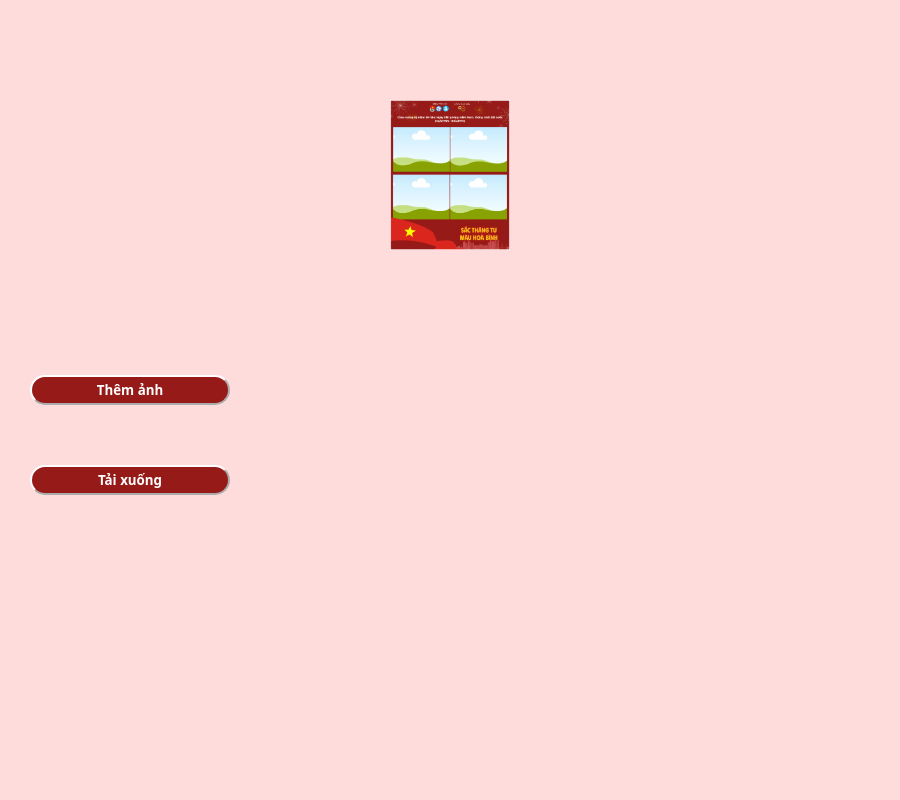
Repository: nguyentambinh/tuoitretdmu
Page: http://localhost/
The author's editor kept a copy of each file at every save. The page is drawn from the files as they stood at one save, then again after the next save.
The browser window is 600 px wide. The page is 900 px wide, then 600 px, so the pictures cover 900 px, including what lies to the right of the window. The pictures show the whole page.
The page is run by PHP 8.4 with error messages shown; the project is at /var/www/html/.

Above is the page before, as saved 2025-04-10 13:15:01.

After the next save:
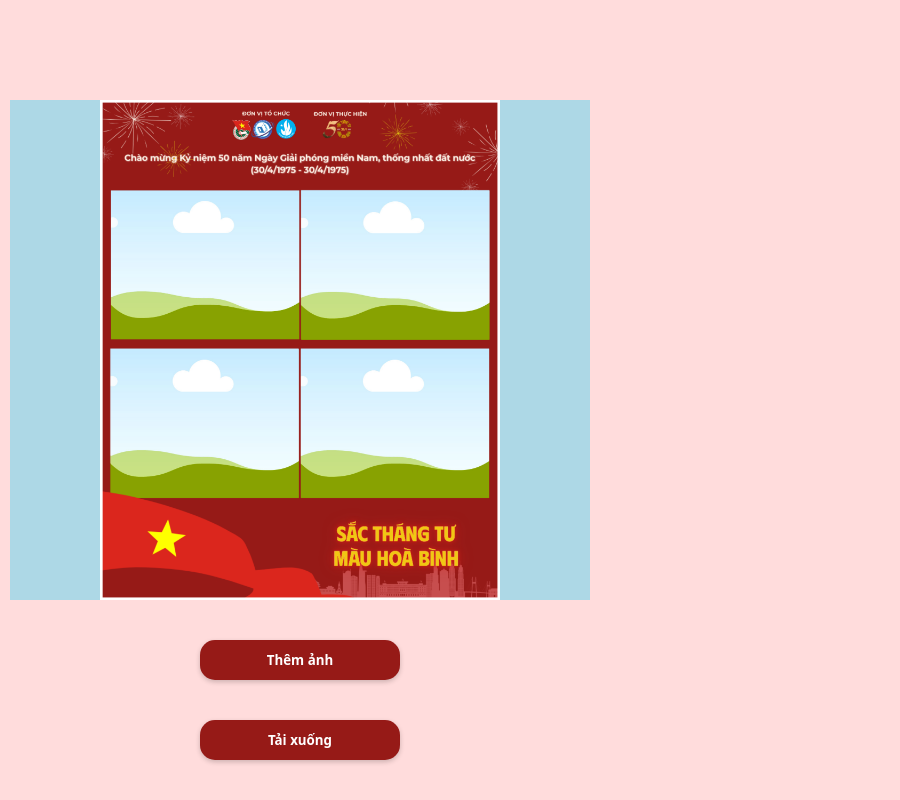
Saved 70 s later.
--- a/main.css
+++ b/main.css
@@ -1,59 +1,63 @@
-body{
+body {
     background-color: #ffdcdc;
-    width: 900px;
-    margin: 0 auto;
-    margin-top: 100px;
-    align-items: center;
+    margin: 0;
+    padding: 0;
     display: flex;
     justify-content: center;
+    margin-top: 100px;
 }
 
-.background-box{
-    display: flex;
-    justify-content: center;
-    background-position: center;
-    background-image: url('./picture/FRAMEPHOTOBOOTH304.png');
-    background-size: contain;
-    background-repeat: no-repeat;
-}
 .container-box {
     display: grid;
     grid-template-columns: 1fr 1fr;
     gap: 20px;
-    width: 800px;
-    height: 500px;
+    width: 900px;
+    max-width: 100%;
 }
-
 
 @media screen and (max-width: 720px) {
     .container-box {
         grid-template-columns: 1fr;
         grid-template-rows: auto auto;
         width: 100%;
+        padding: 0 10px;
+    }
+
+    .control-box {
+        align-items: center;
     }
 }
 
-.control-box{
+.background-box {
     display: flex;
     justify-content: center;
-    align-content: center;
+    align-items: center;
+    background-position: center;
+    background-image: url('./picture/FRAMEPHOTOBOOTH304.png');
+    background-size: contain;
+    background-repeat: no-repeat;
+    background-color: lightblue;
+    width: 100%;
+    height: 500px;
+}
+
+.control-box {
+    display: flex;
     flex-direction: column;
-    margin: 0 30px;
+    align-items: center;
+    justify-content: center;
 }
-.btn-custom{
+
+.btn-custom {
     background-color: #961A17;
     border-radius: 15px;
     font-weight: bold;
-    font-family: system-ui, -apple-system, BlinkMacSystemFont, 'Segoe UI', Roboto, Oxygen, Ubuntu, Cantarell, 'Open Sans', 'Helvetica Neue', sans-serif;
+    font-family: system-ui;
     width: 200px;
-    height: 30px;
+    height: 40px;
     color: white;
-    margin: 30px 0;
-    border-color: white;
+    margin: 20px 0;
+    border: none;
+    box-shadow: 0 2px 5px rgba(0,0,0,0.2);
+    cursor: pointer;
 }
-.btn-dowload-picture{
-
-}
-.btn-add-picture{
-
-}
